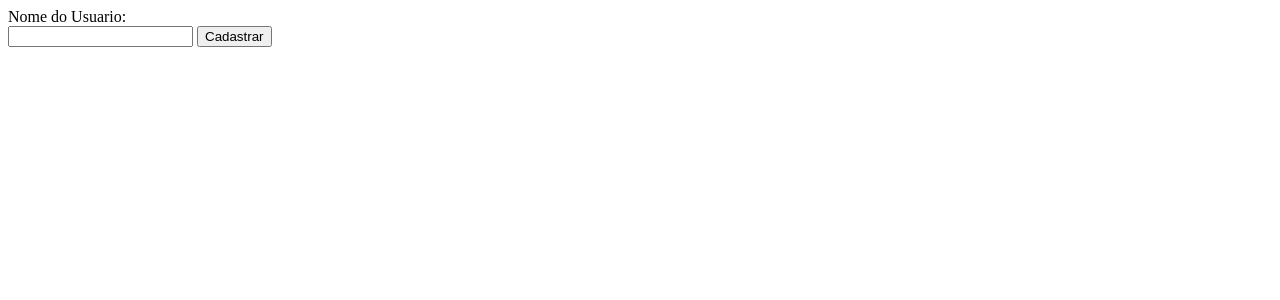
Repository: BDL-Solutions/Sorveteria
Page: Sorveteria/src/main/webapp/User/FormUserView.html
These files come from the project's save history. The page is drawn as it stood at one moment and after the next save; the edit follows.
The browser window is 1280 px wide. The pictures show the whole page.
Some web libraries are served in a nearby version.

Above is the page before, as saved 2023-11-20 15:03:31.
Not found: Sorveteria/src/main/webapp/User/webjars/bootstrap/4.1.3/css/bootstrap.min.css

After the next save:
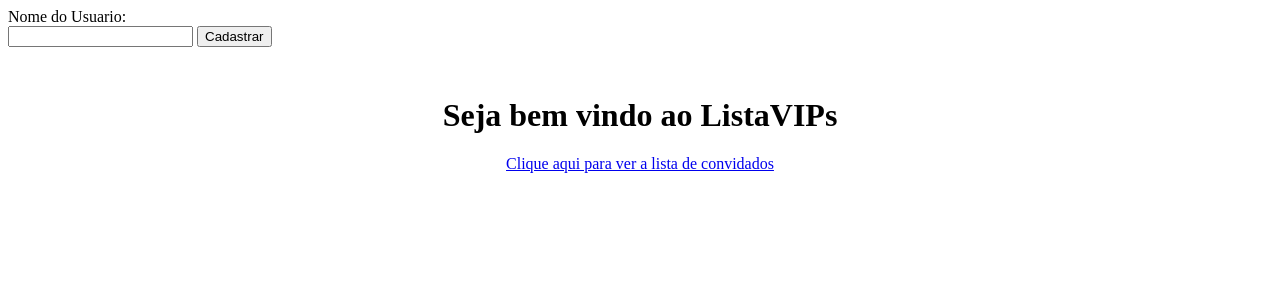
Saved 81 s later.
--- a/Sorveteria/src/main/webapp/User/FormUserView.html
+++ b/Sorveteria/src/main/webapp/User/FormUserView.html
@@ -15,5 +15,18 @@
 	<button type="submit">Cadastrar</button>
 </form>
 
+
+
+<div class="container">
+        <div class="jumbotron" align="center" style="margin-top: 50px;">
+            <h1>Seja bem vindo ao ListaVIPs</h1>
+            <div align="center">
+                <a href="listavip" class="btn btn-lg btn-primary">Clique aqui para ver a lista de convidados</a>
+            </div>
+        </div>
+    </div>
+    <script src="https://ajax.googleapis.com/ajax/libs/jquery/1.11.3/jquery.min.js"></script>
+    <script src="bootstrap/js/bootstrap.min.js"></script>
+
 </body>
 </html>
